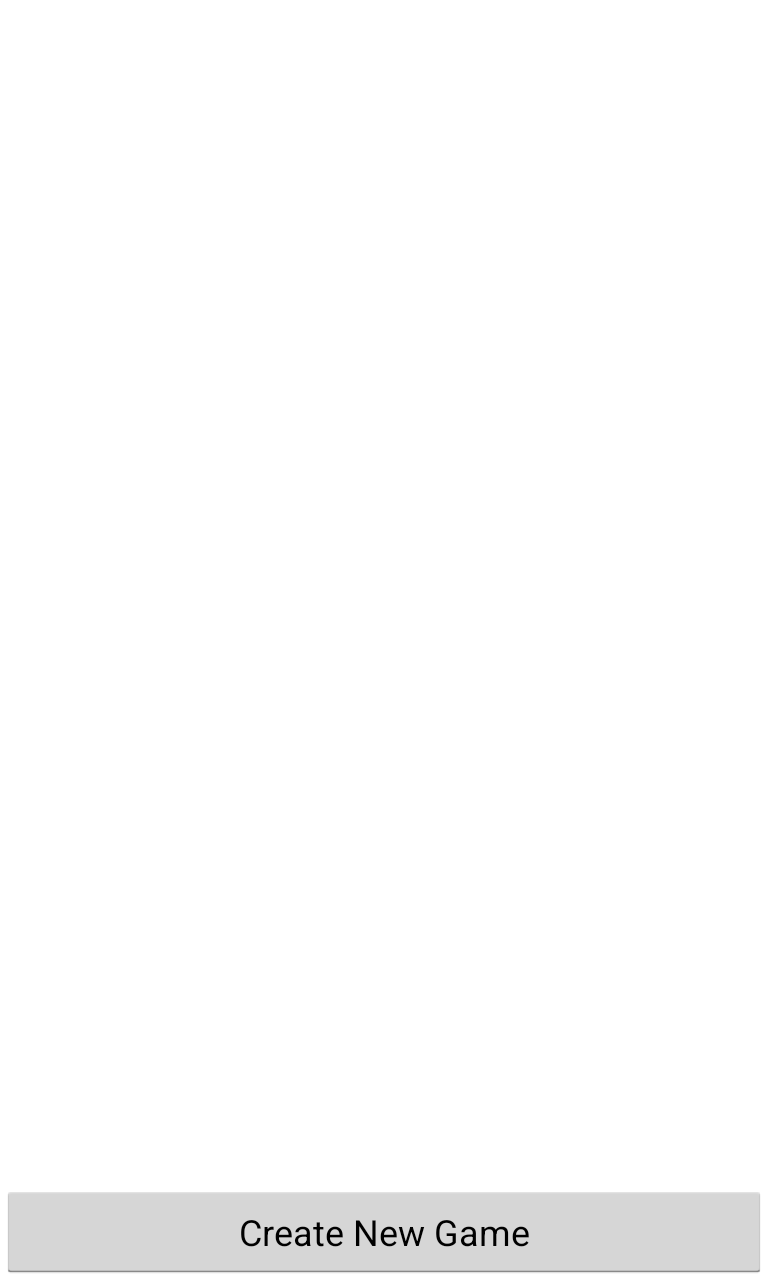
Repository: gik0geck0/AlterEgo
Layout: Code/AlterEgo/res/layout/activity_main.xml
An editor plug-in stored every save of this project. The layout is shown before and after a run of saves, followed by the edit.
It is drawn on a 768 x 1280 px phone screen (xhdpi) without system bars, with theme AppTheme; the app's code is not run. Lists and similar views that code fills are empty.

Above is the layout before, as saved 2013-10-04 02:27:41.

After the next 2 saves:
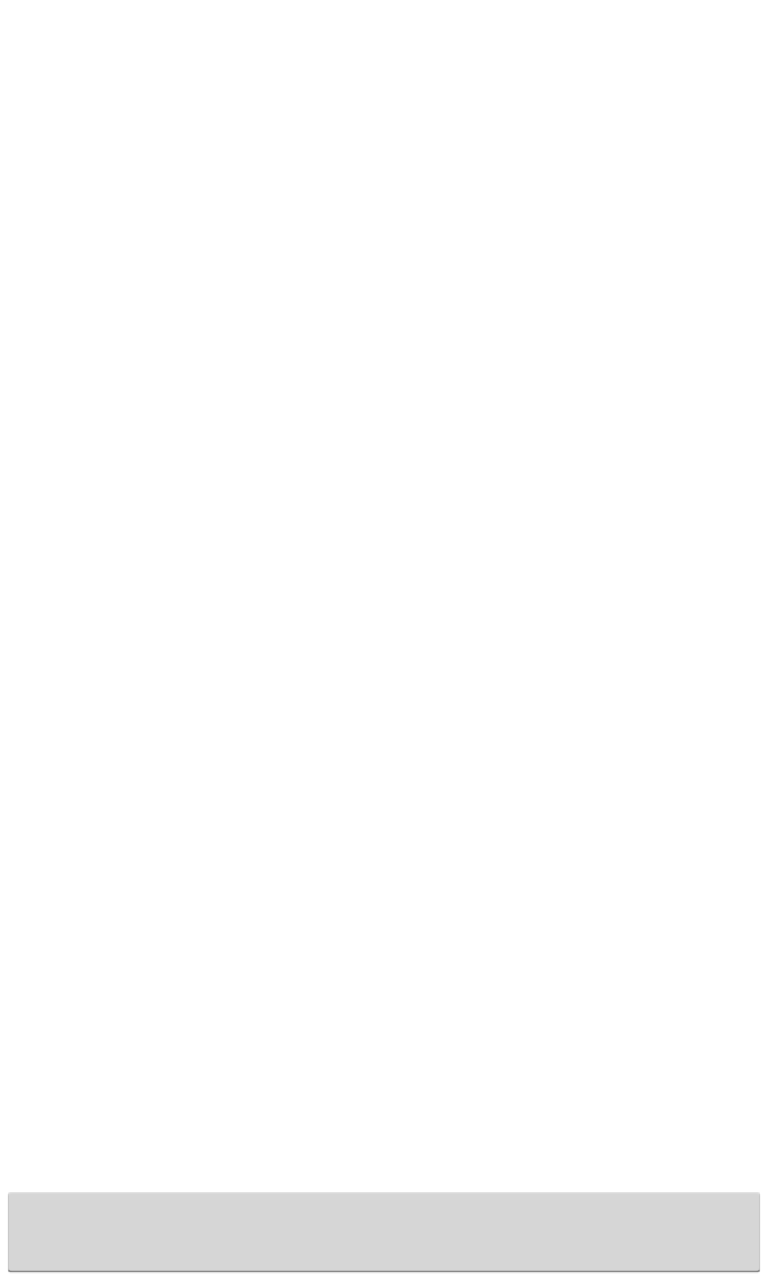
The 2 saves are shown as one change because they came seconds apart.
The last was saved 37 s later.
--- a/Code/AlterEgo/res/layout/activity_main.xml
+++ b/Code/AlterEgo/res/layout/activity_main.xml
@@ -6,18 +6,18 @@
     android:layout_height="match_parent" >
 
     <ListView
-        android:id="@+id/game_list_view"
-        android:text="View Inventory"
+        android:id="@+id/main_game_list_view"
         android:layout_width="match_parent"
         android:layout_height="0.0dp"
         android:layout_weight="1"
+        android:id="@string/main_game_list_view"
         />
 
     <Button
-        android:id="@+id/new_game"
-        android:text="Create New Game"
+        android:id="@+id/main_new_game"
         android:layout_width="match_parent"
         android:layout_height="wrap_content"
+        android:id="@string/main_new_game"
         />
 
 </LinearLayout>
